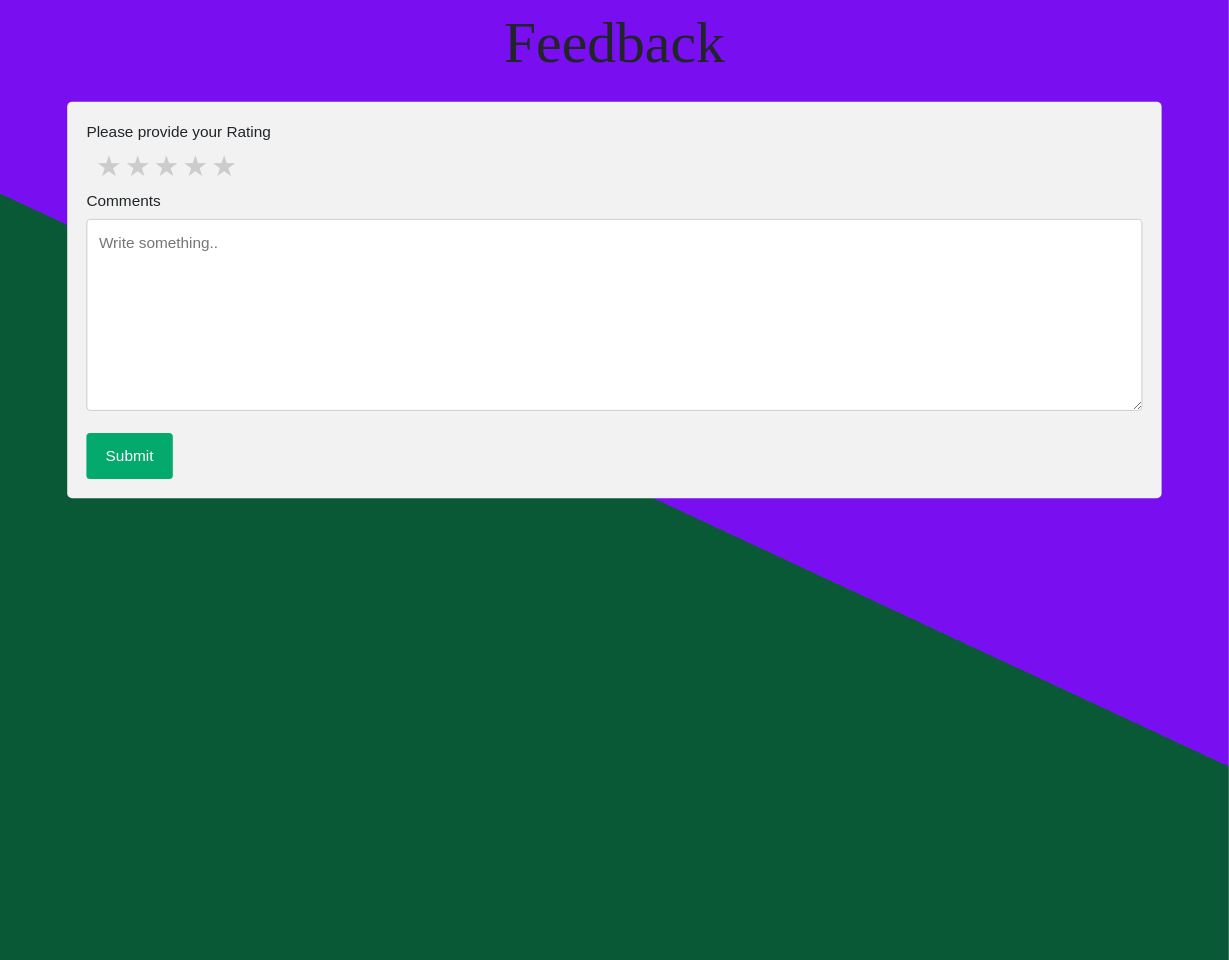
Repository: poornasyamasundar/Software-Project-Manager
Page: SoftwareManager/Templates/feedback.html
The author's editor kept a copy of each file at every save. The page is drawn from the files as they stood at one save, then again after the next save.
The browser window is 1280 px wide. The pictures show the whole page, at 96% of full size.

Above is the page before, as saved 2021-10-23 21:29:06.

### SoftwareManager/Templates/feedback.html
<!DOCTYPE html>
<html>
	<head>
		<link rel = 'stylesheet' href = 'newProject.css'>
		<link href="https://cdn.jsdelivr.net/npm/bootstrap@5.0.2/dist/css/bootstrap.min.css" rel="stylesheet" integrity="sha384-EVSTQN3/azprG1Anm3QDgpJLIm9Nao0Yz1ztcQTwFspd3yD65VohhpuuCOmLASjC" crossorigin="anonymous">
		<title>
			Feedback
		</title>
        <style>
            body {font-family: Arial, Helvetica, sans-serif;}
            * {box-sizing: border-box;}

            input[type=text], select, textarea {
              width: 100%;
              padding: 12px;
              border: 1px solid #ccc;
              border-radius: 4px;
              box-sizing: border-box;
              margin-top: 6px;
              margin-bottom: 16px;
              resize: vertical;
            }

            input[type=submit] {
              background-color: #04AA6D;
              color: white;
              padding: 12px 20px;
              border: none;
              border-radius: 4px;
              cursor: pointer;
            }

            input[type=submit]:hover {
              background-color: #45a049;
            }

            .container {
              border-radius: 5px;
              background-color: #f2f2f2;
              padding: 20px;
              margin-top: 10px;
            }



            *{
                margin: 0;
                padding: 0px;
            }
            .rate {
                float: left;
                height: 46px;
                padding: 0 10px;
            }
            .rate:not(:checked) > input {
                position:absolute;
                top:-9999px;
            }
            .rate:not(:checked) > label {
                float:right;
                width:1em;
                overflow:hidden;
                white-space:nowrap;
                cursor:pointer;
                font-size:30px;
                color:#ccc;
            }
            .rate:not(:checked) > label:before {
                content: '★ ';
            }
            .rate > input:checked ~ label {
                color: #ffc700;
            }
            .rate:not(:checked) > label:hover,
            .rate:not(:checked) > label:hover ~ label {
                color: #deb217;
            }
            .rate > input:checked + label:hover,
            .rate > input:checked + label:hover ~ label,
            .rate > input:checked ~ label:hover,
            .rate > input:checked ~ label:hover ~ label,
            .rate > label:hover ~ input:checked ~ label {
                color: #c59b08;
            }
            </style>
	</head>
	<body>
        <p align="center" style="font-family:serif; font-size: 60px;">Feedback</p>














<div class="container">
  <form action="">
    <!-- <label for="fname">First Name</label>
    <input type="text" id="fname" name="firstname" placeholder="Your name..">

    <label for="lname">Last Name</label>
    <input type="text" id="lname" name="lastname" placeholder="Your last name..">

    <label for="country">Country</label>
    <select id="country" name="country">
      <option value="australia">Australia</option>
      <option value="canada">Canada</option>
      <option value="usa">USA</option>
    </select> -->

    <label for="rating">Please provide your Rating</label>
    <br>
    <div class="rate">
        <input type="radio" id="star5" name="rate" value="5" />
        <label for="star5" title="text">5 stars</label>
        <input type="radio" id="star4" name="rate" value="4" />
        <label for="star4" title="text">4 stars</label>
        <input type="radio" id="star3" name="rate" value="3" />
        <label for="star3" title="text">3 stars</label>
        <input type="radio" id="star2" name="rate" value="2" />
        <label for="star2" title="text">2 stars</label>
        <input type="radio" id="star1" name="rate" value="1" />
        <label for="star1" title="text">1 star</label>
      </div>

      <br>

      <br>

    <label for="subject">Comments</label>
    <textarea id="subject" name="subject" placeholder="Write something.." style="height:200px"></textarea>


    <input type="submit" value="Submit">
  </form>
</div>

    </body>
</html>

### SoftwareManager/Templates/newProject.css
body
{
	background-color: lightpink;
}
#homeMenu
{
	width: 100%;
	height: 80px;
	background-color: lightblue;
}
#logo
{
	width: 30vw;
	height: 80px;
	display: inline-block;
	background-color: lightgreen;
}
#goback
{
	width: 80px;
	height: 80px;
	display: inline-block;
	float: right;
	background-color: red;
}
#help
{
	width: 80px;
	height: 80px;
	display: inline-block;
	float: right;
	background-color: lightgreen;
}/*
#newProjectBox
{
	background-color: purple;
	width: 400px;
	margin: auto;
	height: 300px;
	margin-top: 10px;
	padding-top: 10px;
}
#create
{
	height: 40px;
	width: 100px;
	margin: auto;
	margin-top: 10px;
	background-color: yellow;
}
#name, #model, #contributors, #repositorylink
{
	height: 40px;
	width: 300px;
	margin: auto;
	margin-top: 10px;
	background-color: yellow;
} */

body {
	background-color: #4BDBC3;
	background-image: -webkit-linear-gradient(65deg, #095836  50%,  #790ff1 50%); /*#4aeaf0 #f05151 #F8F7DE*/
	min-height: 1000px;
  }

  #ui {
	background-color: #333;
	padding: 30px;
	margin-top: 50px;
	border-radius: 10px;
	opacity: 0.9;
	font-weight: bold;
  }

  #ui label,
  h1 {
	color: #fff;
  }

After the next save:
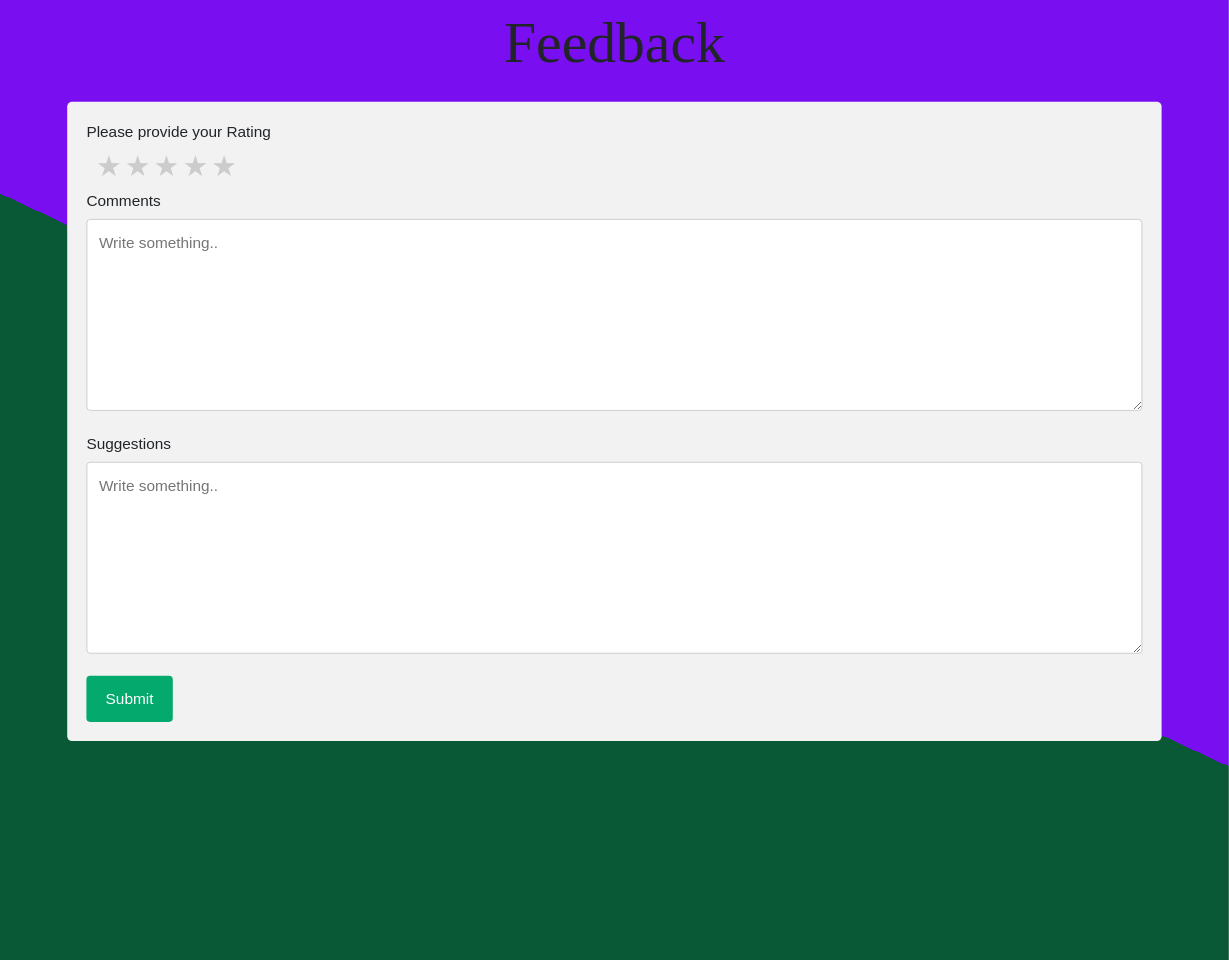
Saved 81 s later.
--- a/SoftwareManager/Templates/feedback.html
+++ b/SoftwareManager/Templates/feedback.html
@@ -134,8 +134,11 @@
 
       <br>
 
-    <label for="subject">Comments</label>
-    <textarea id="subject" name="subject" placeholder="Write something.." style="height:200px"></textarea>
+    <label for="comments">Comments</label>
+    <textarea id="comments" name="comments" placeholder="Write something.." style="height:200px"></textarea>
+
+    <label for="suggestions">Suggestions</label>
+    <textarea id="suggestions" name="suggestions" placeholder="Write something.." style="height:200px"></textarea>
 
 
     <input type="submit" value="Submit">
